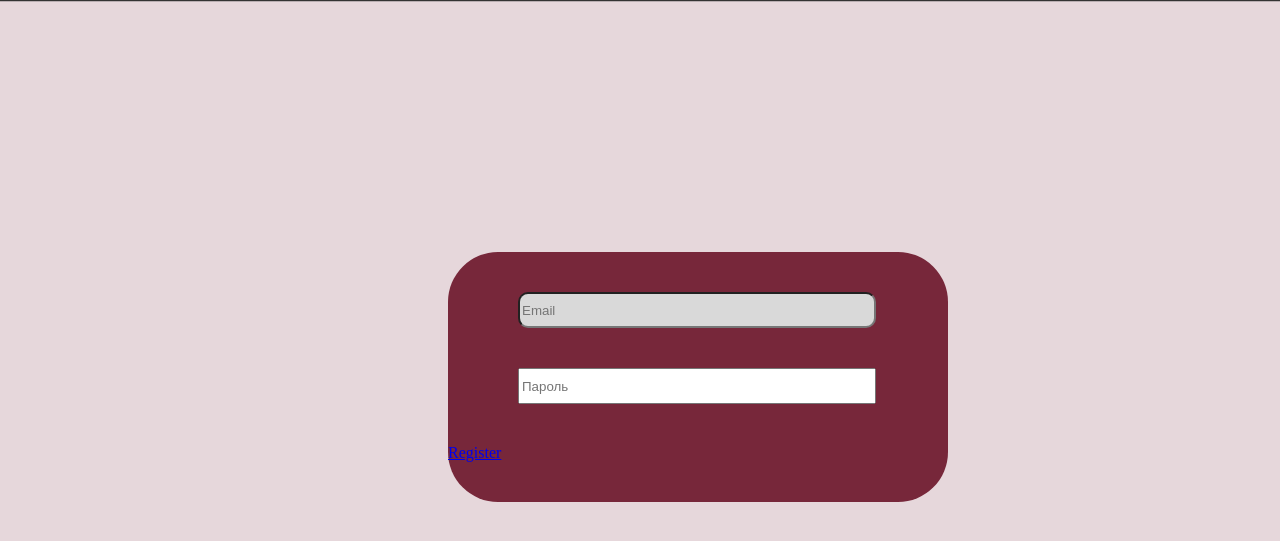
Repository: Kotya2001/FuzzyOps-App
Page: /login (app in frontend/my-app/)
The author's editor kept a copy of each file at every save. The page is drawn from the files as they stood at one save, then again after a run of saves.
The browser window is 1280 px wide. The pictures show the whole page.
The project was rebuilt for these pictures with package versions that can differ from the ones it lists, and the page was loaded fresh each time. Also part of the build but not shown: frontend/my-app/src/pages/Item.js, frontend/my-app/src/pages/Base.js, frontend/my-app/src/pages/Resources.js, frontend/my-app/src/pages/Register.js.

Above is the page before, as saved 2022-09-18 17:49:23.

After the next 2 saves:
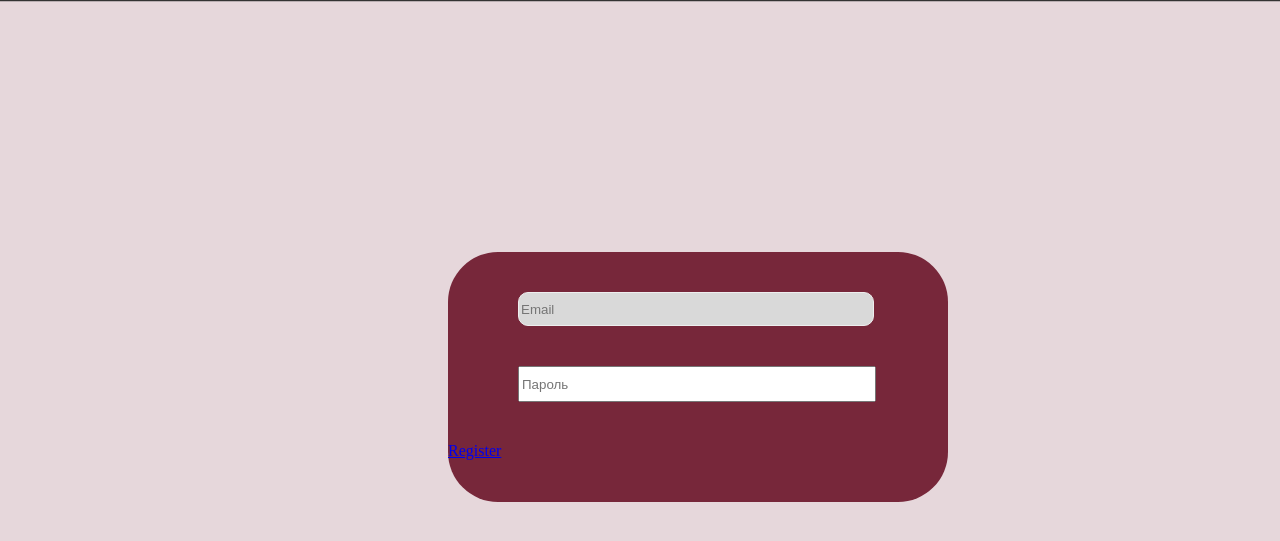
The 2 saves are shown as one change because they came seconds apart.
The last was saved 25 s later.
--- a/frontend/my-app/src/Styles.css
+++ b/frontend/my-app/src/Styles.css
@@ -118,7 +118,8 @@ input {
 .type-1 {
   border-radius:10px;
   background: #D9D9D9;
-
+  border: 1px solid #eee;
+  transition: .3s border-color;
 }
 
 @font-face {
